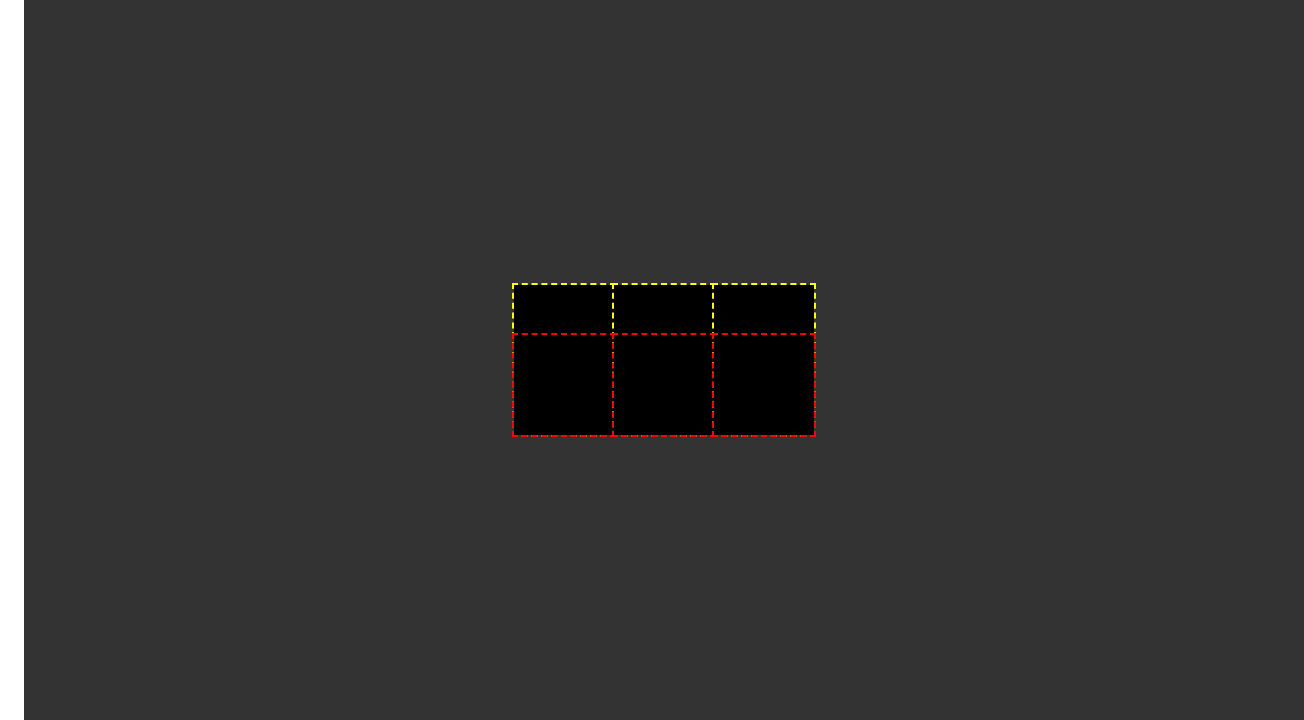
Repository: YEOMJINSEOP/CSSLab
Page: / (app in csslab/)
The author's editor kept a copy of each file at every save. The page is drawn from the files as they stood at one save, then again after the next save.
The browser window is 1280 px wide. The page is 1304 px wide, so the pictures cover 1304 px, including what lies to the right of the window. The pictures show the whole page.
The project was rebuilt for these pictures with package versions that can differ from the ones it lists, and the page was loaded fresh each time. Also part of the build but not shown: csslab/src/components/Basic3d.jsx.

Above is the page before, as saved 2023-05-17 23:31:31.

### csslab/src/App.js
import logo from './logo.svg';
import './App.css';
import Basic3d from './components/Basic3d';
import ThreeDoors from './components/ThreeDoors';

function App() {
  return (
    <div className="App">
      <ThreeDoors/>
      {/* <Basic3d/> */}
      {/* <div className="container">
        <div className="item">AAA</div>
        <div className="item">B</div>
        <div className="item">CCCCC</div>
        <div className="item">EE</div>
        <div className="item">FFF</div>
      </div> */}
    </div>
  );
}

export default App;

### csslab/src/App.css
body {
  background: transparent; /* Make it white if you need */
  color: #fcbe24;
  padding: 0 24px;
  margin: 0;
  height: 100vh;
}

.world {
  perspective: 500px;
  width: 80vw;
  height: 80vh;
  background-color: lightblue;
  display: flex;
  align-items: center;
  justify-content: center;
}

.card {
  position: relative;
  width: 100px;
  height: 150px;
  margin: 1em;
  transition: 1s;
  transform: rotateY(0deg);
  transform-style: preserve-3d; /*world에 perspective를 줘서 3D효과가 나는 것인데, card 까지는 전파가 되지만, card 안에 있는 card-sid에는 적용이 되지 않는다. 이를 전파해주기 위해 사용한다.*/
  /* transform-origin: left; */
}

.card-side {
    display: flex;
    align-items: center;
    justify-content: center;
    border-radius: 0.5em;
    font-size: 1.5rem;

    position: absolute;
    left: 0;
    top: 0;
    width: 100%;
    height: 100%;
    -webkit-backface-visibility: hidden; /* for Safari */
    backface-visibility: hidden;
}

.card-side-front{
  background-color:  white;
  z-index: 1;
}

.card-side-back{
  background-color:  lightcoral;
  transform: rotateY(180deg);
}


.world:hover .card {
  transform: rotateY(180deg);
}

### csslab/src/components/ThreeDoors.jsx
import React from 'react';
import styles from './ThreeDoors.module.css';

function ThreeDoors(props) {
  return (
    <div className={styles.stage}>
      <div className={styles.door}>
        <div className={styles.doorBack}>
          <div className={styles.ilbuni}></div>
        </div>
        <div className={styles.doorBody}></div>
      </div>
      <div className={styles.door}>
        <div className={styles.doorBack}>
          <div className={styles.ilbuni}></div>
        </div>
        <div className={styles.doorBody}></div>
      </div>
      <div className={styles.door}>
        <div className={styles.doorBack}>
          <div className={styles.ilbuni}></div>
        </div>
        <div className={styles.doorBody}></div>
      </div>
    </div>
  );
}

export default ThreeDoors;

### csslab/src/components/ThreeDoors.module.css
.stage {
  width: 100vw;
  height: 100vh;
  background-color: #333;
  display: flex;
  justify-content: center;
  align-items: center;
}

.door {
  position: relative;
  width: 100px;
  height: 150px;
  outline: 2px dashed yellow;
}

.doorBack{
  position: absolute;
  left: 0;
  top: 0;
  width: 100%;
  height: 100%;
  background-color: black;
}

.ilbuni {
  position: absolute;
  left: 0;
  bottom: 0;
  width: 100px;
  height: 100px;
  background-repeat: no-repeat;
  background-position: center bottom;
  background-size: contain;
  outline: 2px dashed red;
}

Loaded but not shown: csslab/public/index.html (common file); csslab/src/index.js (common file); csslab/src/index.css (common file)

After the next save:
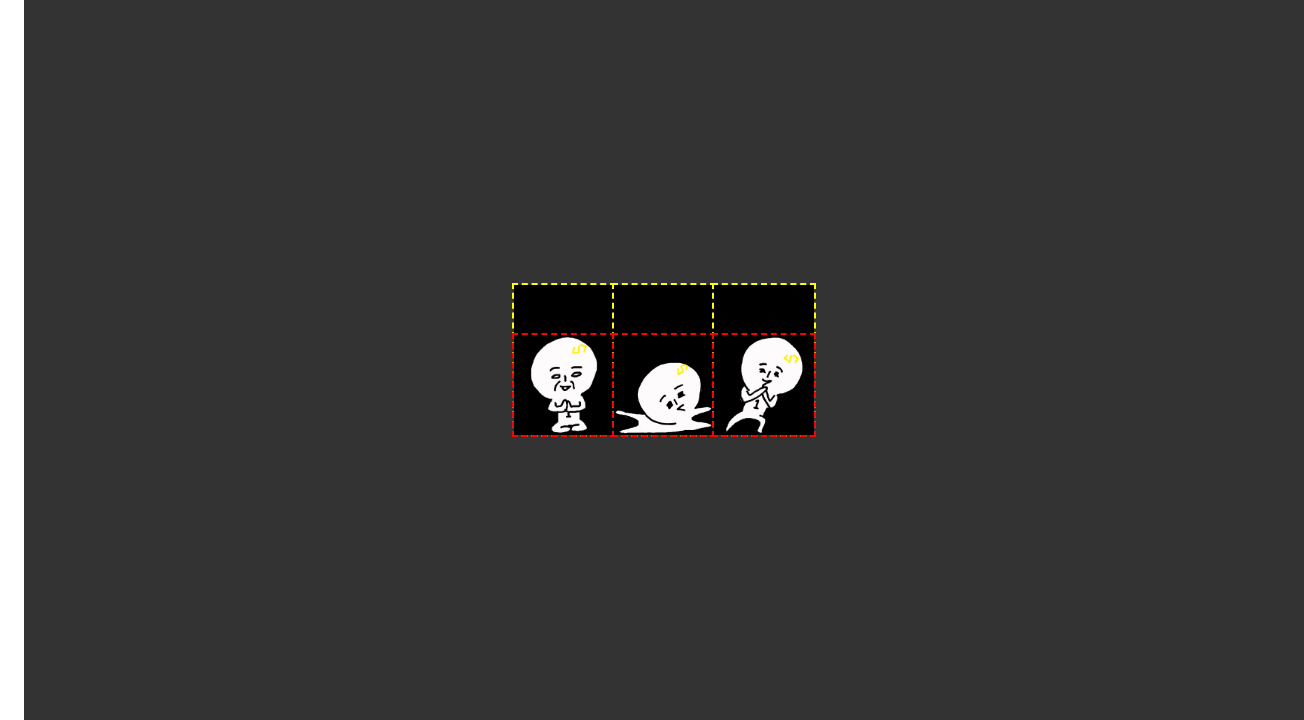
Saved 108 s later.
--- a/csslab/src/components/ThreeDoors.module.css
+++ b/csslab/src/components/ThreeDoors.module.css
@@ -34,3 +34,7 @@
   background-size: contain;
   outline: 2px dashed red;
 }
+
+.door:nth-child(1) .ilbuni {background-image: url('../../public/images/ilbuni_0.png');}
+.door:nth-child(2) .ilbuni {background-image: url('../../public/images/ilbuni_1.png');}
+.door:nth-child(3) .ilbuni {background-image: url('../../public/images/ilbuni_2.png');}
